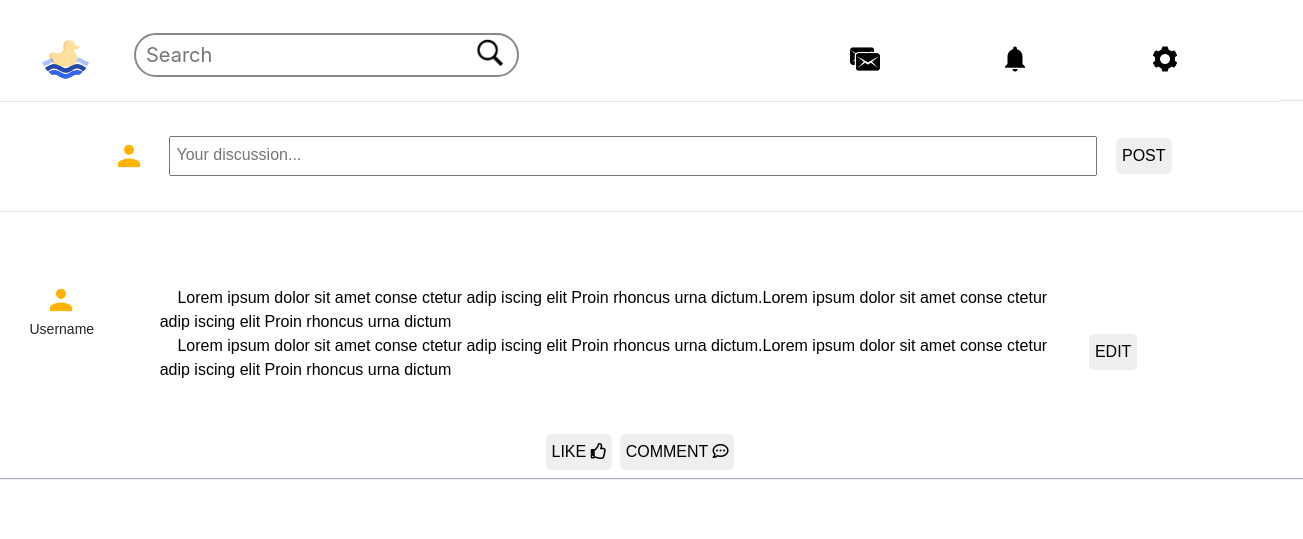
Repository: AOY311/DuckEdu
Page: discusion.html
An editor plug-in stored every save of this project. The page is shown before and after the next save, followed by the edit.
The browser window is 1280 px wide. The page is 1303 px wide, so the pictures cover 1303 px, including what lies to the right of the window. The pictures show the whole page.
Some web libraries are served in a nearby version.

Above is the page before, as saved 2021-10-23 23:34:00.
Not found: comment.css

After the next save:
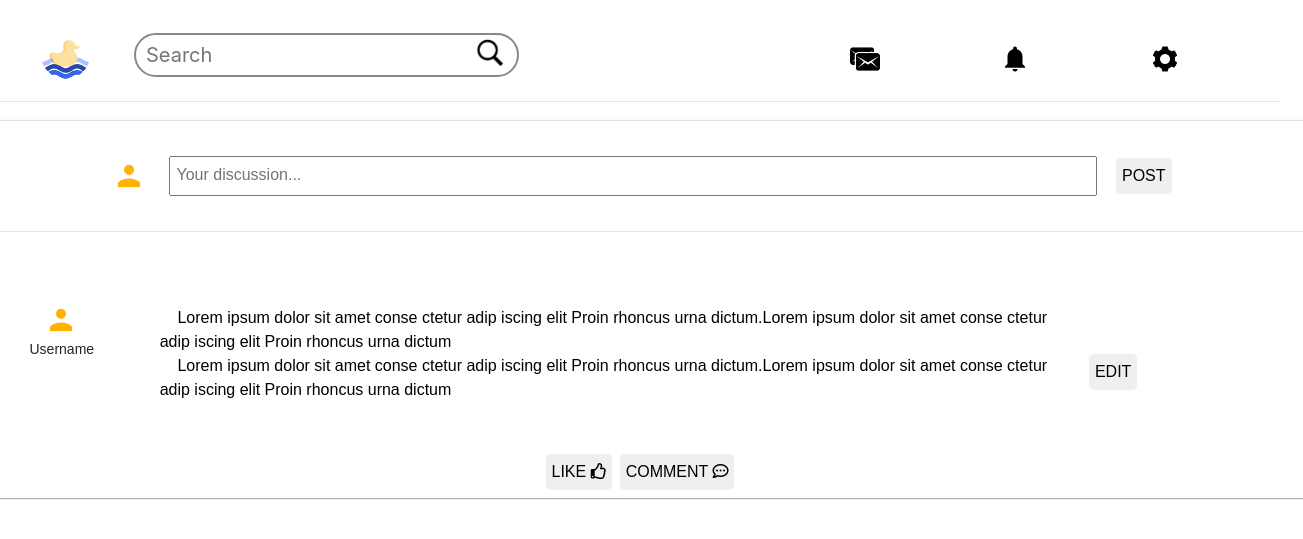
Saved 21 s later.
--- a/discusion.html
+++ b/discusion.html
@@ -185,9 +185,9 @@
         }
 
         .disc-contener {
+            margin-top: 20px;
             max-width: 1504px;
             box-shadow: rgba(9, 30, 66, 0.25) 0px 1px 1px, rgba(9, 30, 66, 0.13) 0px 0px 1px 1px;
-            height: 100%;
         }
     </style>
 </head>
